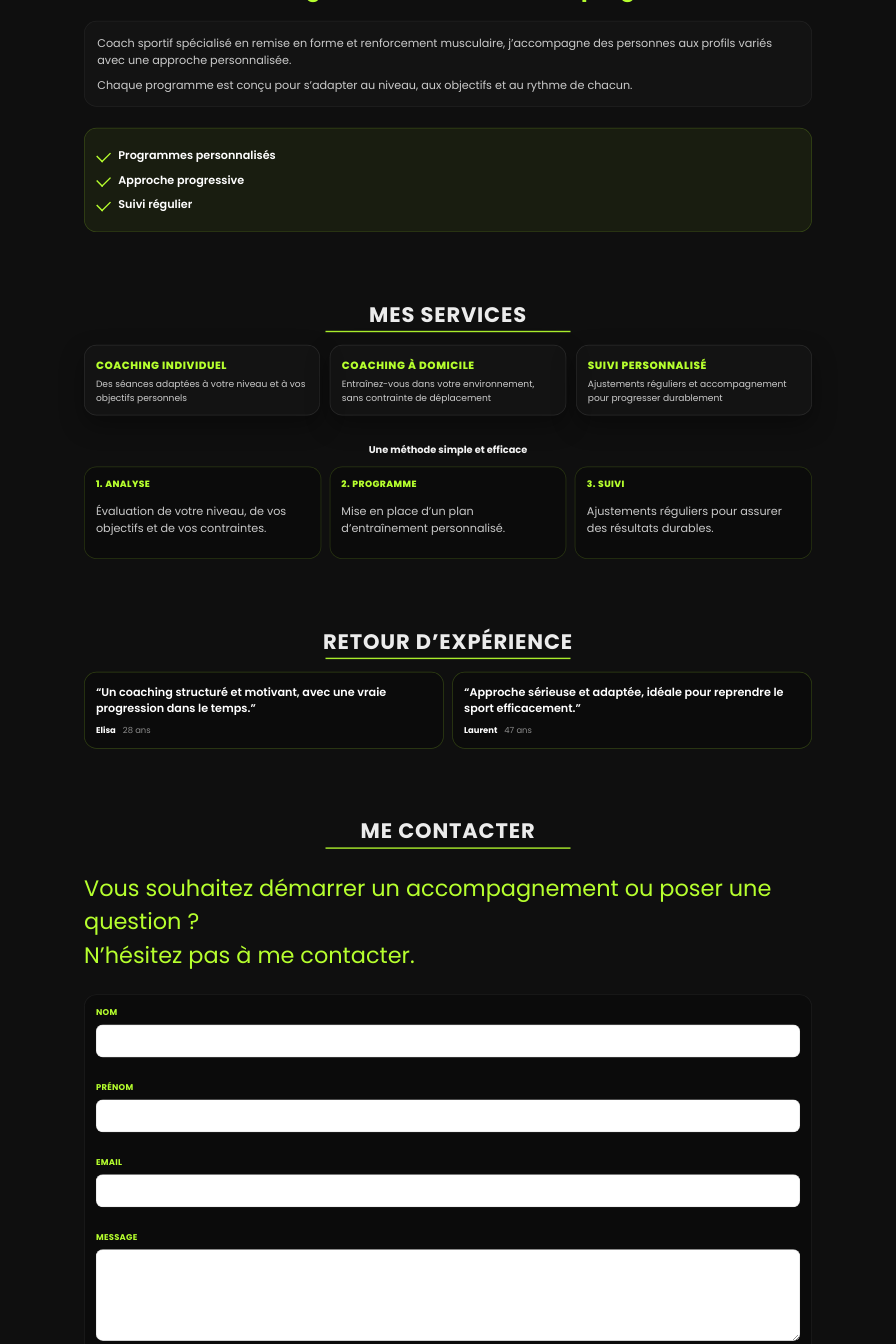
Repository: ThomasHdrd/CoachFitness
Page: index.html
These files come from the project's save history. The page is drawn as it stood at one moment and after the next save; the edit follows.
The browser window is 1280 px wide. The pictures show the part of the page from y = 651 to 2571 px (the page is 3282 px tall before and 3302 px after), at 70% of full size.

Above is the page before, as saved 2026-01-20 22:14:08.

After the next save:
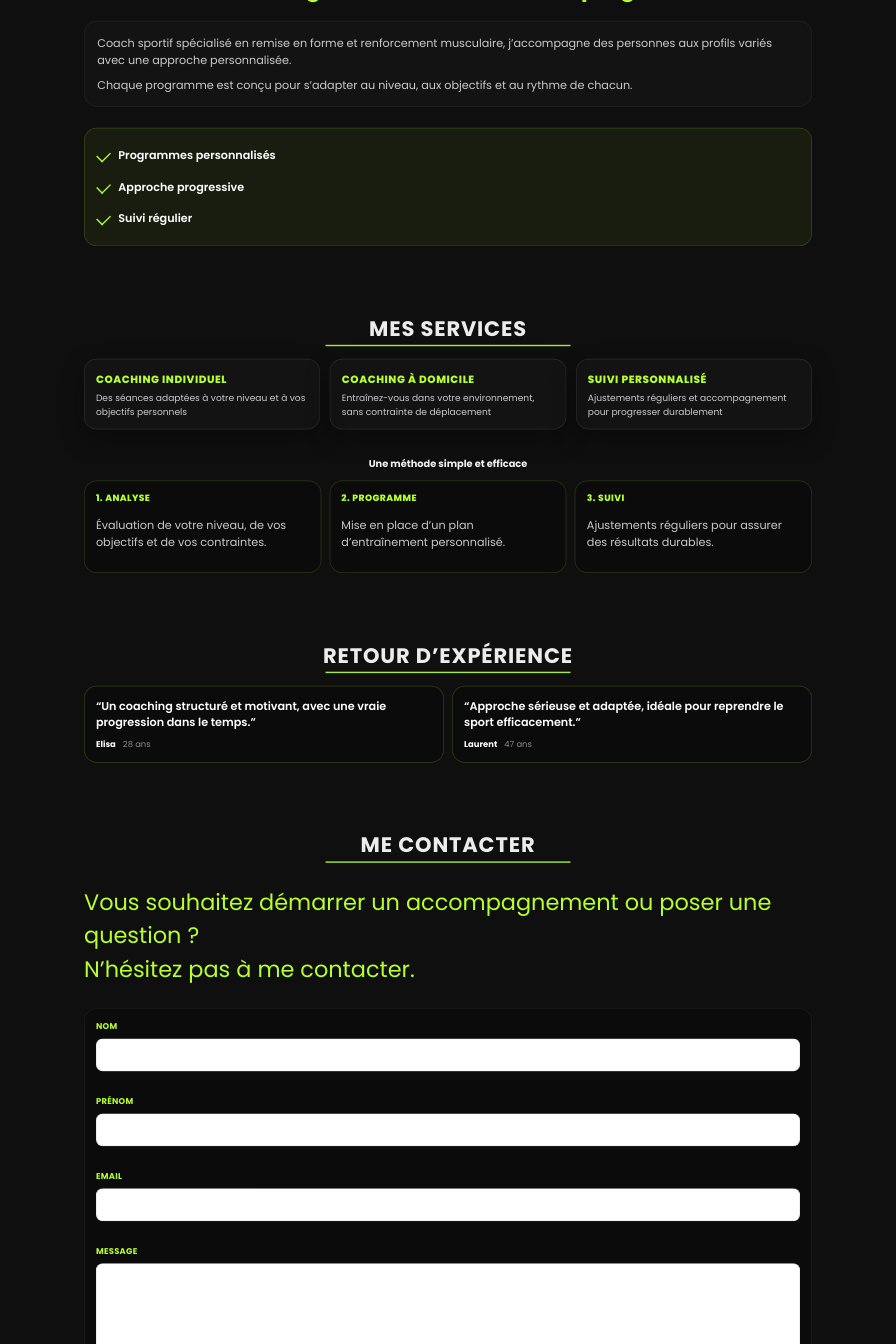
Saved 15 s later.
--- a/styles.css
+++ b/styles.css
@@ -260,6 +260,9 @@
   padding-left: 30px;
   margin: 10px 0;
   font-weight: 600;
+  display: inline-block;
+  width: calc(50% - 5px);
+  margin-right: 10px;
 }
 .checks li::before{
   content:"";

After the save that followed:
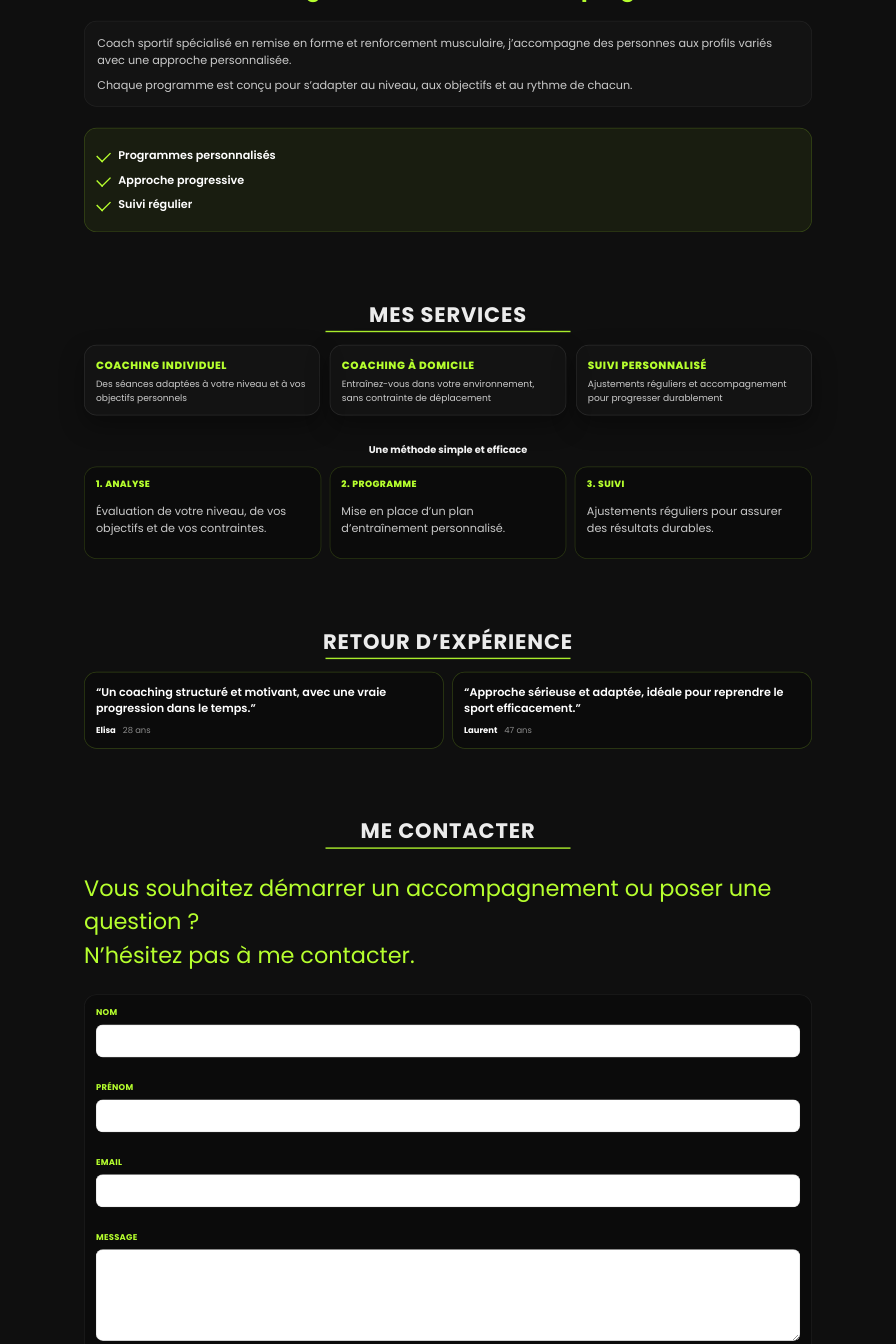
Saved 9 s later.
--- a/styles.css
+++ b/styles.css
@@ -260,9 +260,6 @@
   padding-left: 30px;
   margin: 10px 0;
   font-weight: 600;
-  display: inline-block;
-  width: calc(50% - 5px);
-  margin-right: 10px;
 }
 .checks li::before{
   content:"";
